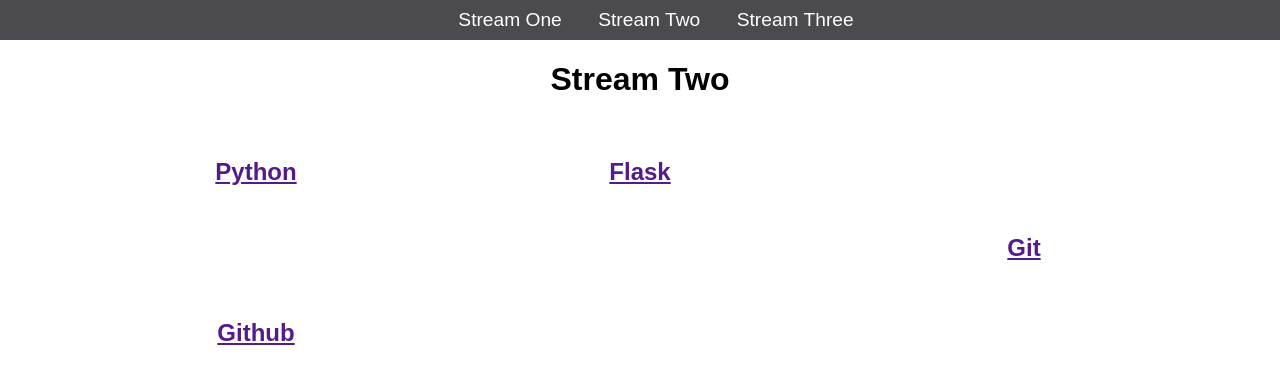
Repository: tracyjohnson213/my-first-website
Page: stream-two.html
The author's editor kept a record of every edit. The page is drawn from the files as they stood at one moment, then again after the next edit.
The browser window is 1280 px wide. The pictures show the whole page.

Above is the page before.

After the next edit:
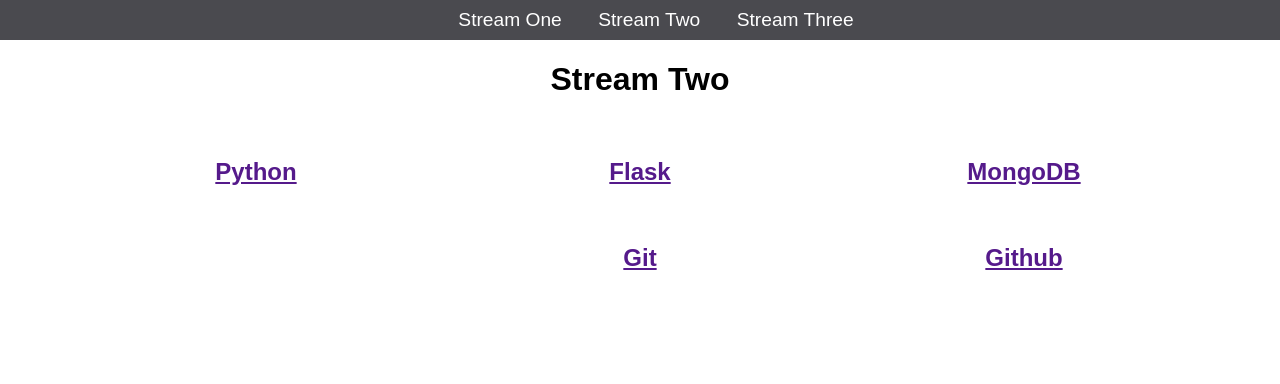
The edit:
--- a/stream-two.html
+++ b/stream-two.html
@@ -28,7 +28,7 @@
         <div class="card">
             <a href="">
                 <img src=""></img>
-                <h2></h2>
+                <h2>MongoDB</h2>
             </a>
         </div>
         <div class="card">
